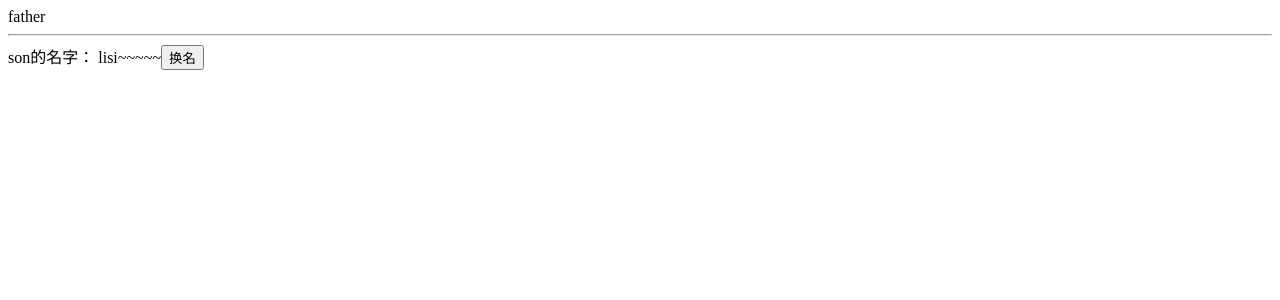
Repository: WanYouwen/react_study_code
Page: day02/03-父子组件通信/test.html
An editor plug-in stored every save of this project. The page is shown before and after the next save, followed by the edit.
The browser window is 1280 px wide. The pictures show the whole page.

Above is the page before, as saved 2020-08-12 14:43:41.
Console error: RangeError: Maximum call stack size exceeded

After the next save:
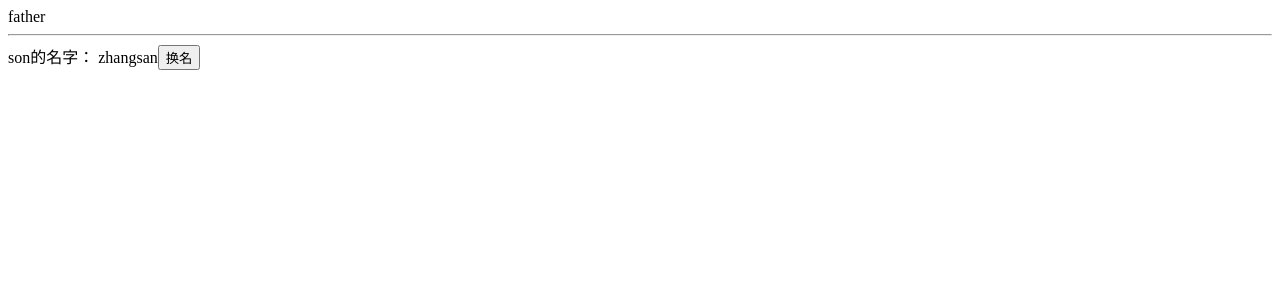
The error is gone.
Saved 92 s later.
--- a/day02/03-父子组件通信/test.html
+++ b/day02/03-父子组件通信/test.html
@@ -40,7 +40,6 @@
                   name: 'wangyibo',
                 });
               }}
-              onClick={this.nameChange('ccc')}
             />
           </div>
         );
